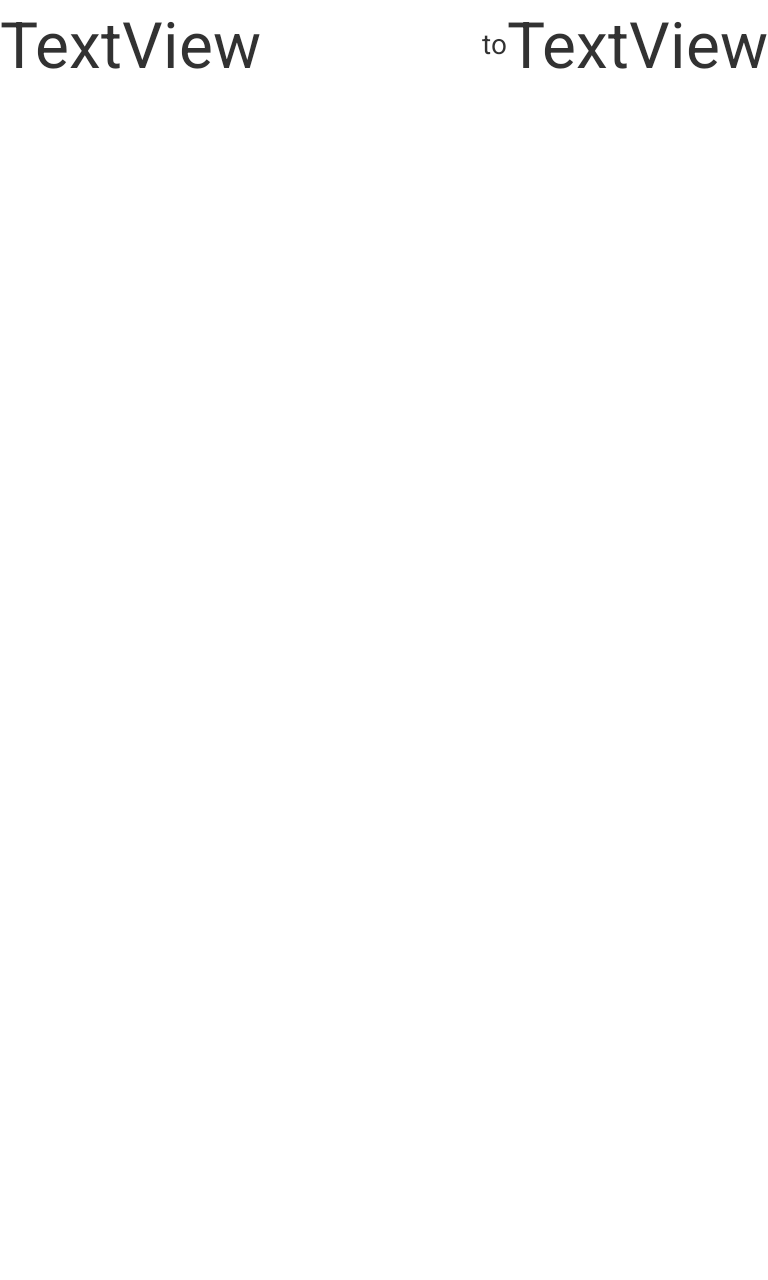
Repository: downinew/AndroidCoachesRaceTimer
Layout: CoachesRaceTimer/res/layout/convert_dialog.xml
These files come from the project's save history. The layout is drawn as it stood at one moment and after a run of saves; the edit follows.
It is drawn on a 768 x 1280 px phone screen (xhdpi) without system bars, with theme AppTheme; the app's code is not run.

Above is the layout before, as saved 2015-02-19 02:16:39.

### CoachesRaceTimer/res/layout/convert_dialog.xml
<?xml version="1.0" encoding="utf-8"?>
<LinearLayout xmlns:android="http://schemas.android.com/apk/res/android"
    android:layout_width="match_parent"
    android:layout_height="match_parent"
    android:orientation="vertical" >

    <LinearLayout
        android:layout_width="match_parent"
        android:layout_height="wrap_content"
        android:orientation="horizontal">

        <TextView
            android:id="@+id/convertItem1"
            android:layout_width="wrap_content"
            android:layout_gravity="left"
            android:layout_weight="1"
            android:textSize="32sp"
            android:layout_height="wrap_content"
            android:text="TextView" />

        <TextView
            android:id="@+id/toText"
            android:layout_width="wrap_content"
            android:layout_gravity="center"
            android:layout_height="wrap_content"
            android:text="to" />

        <TextView
            android:id="@+id/convertItem2"
            android:layout_width="wrap_content"
            android:layout_gravity="left"
            android:textSize="32sp"
            android:layout_height="wrap_content"
            android:text="TextView" />

    </LinearLayout>

</LinearLayout>

Loaded but not shown: CoachesRaceTimer/res/values/styles.xml (common file); CoachesRaceTimer/res/values-v11/styles.xml (common file); CoachesRaceTimer/res/values-v14/styles.xml (common file)

After the next 3 saves:
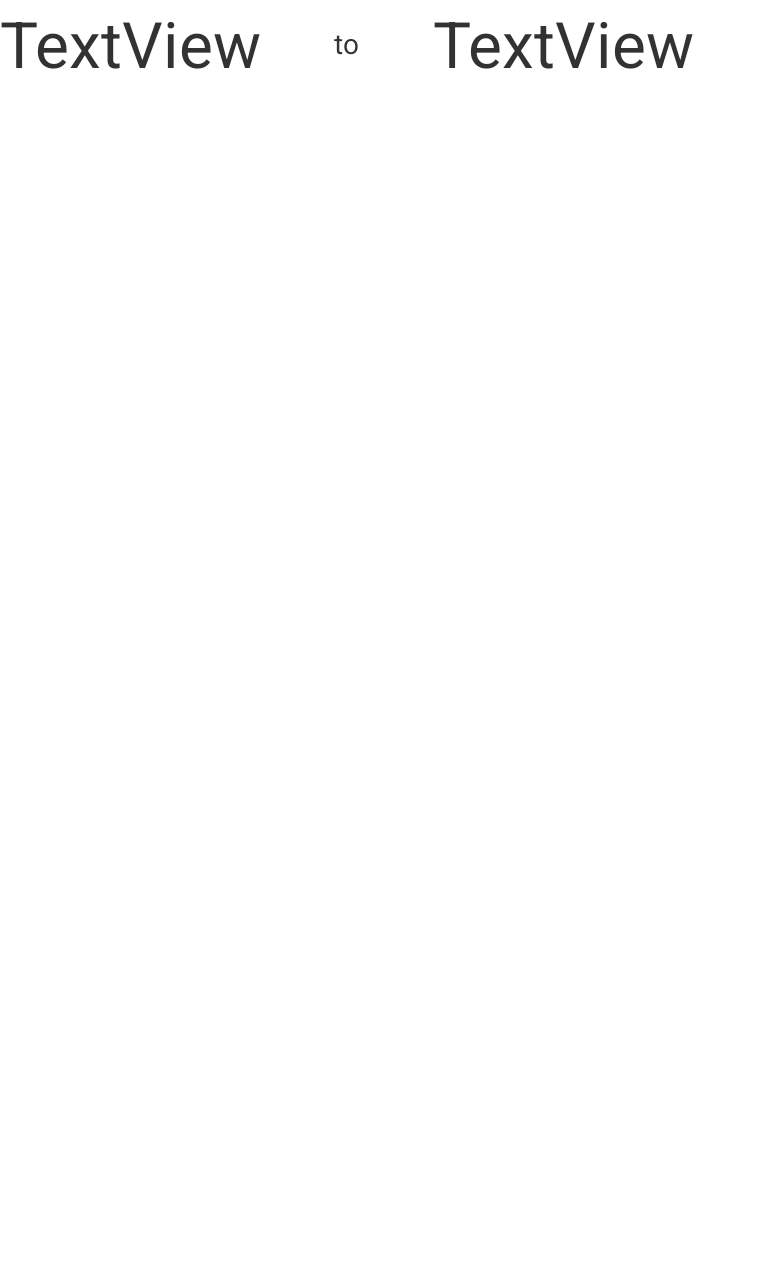
The 3 saves are shown as one change because they came seconds apart.
The last was saved 15 s later.
--- a/CoachesRaceTimer/res/layout/convert_dialog.xml
+++ b/CoachesRaceTimer/res/layout/convert_dialog.xml
@@ -12,7 +12,7 @@
         <TextView
             android:id="@+id/convertItem1"
             android:layout_width="wrap_content"
-            android:layout_gravity="left"
+            android:layout_gravity="start"
             android:layout_weight="1"
             android:textSize="32sp"
             android:layout_height="wrap_content"
@@ -21,6 +21,7 @@
         <TextView
             android:id="@+id/toText"
             android:layout_width="wrap_content"
+            android:layout_weight="1"
             android:layout_gravity="center"
             android:layout_height="wrap_content"
             android:text="to" />
@@ -28,7 +29,8 @@
         <TextView
             android:id="@+id/convertItem2"
             android:layout_width="wrap_content"
-            android:layout_gravity="left"
+            android:layout_gravity="end"
+            android:layout_weight="1"
             android:textSize="32sp"
             android:layout_height="wrap_content"
             android:text="TextView" />
